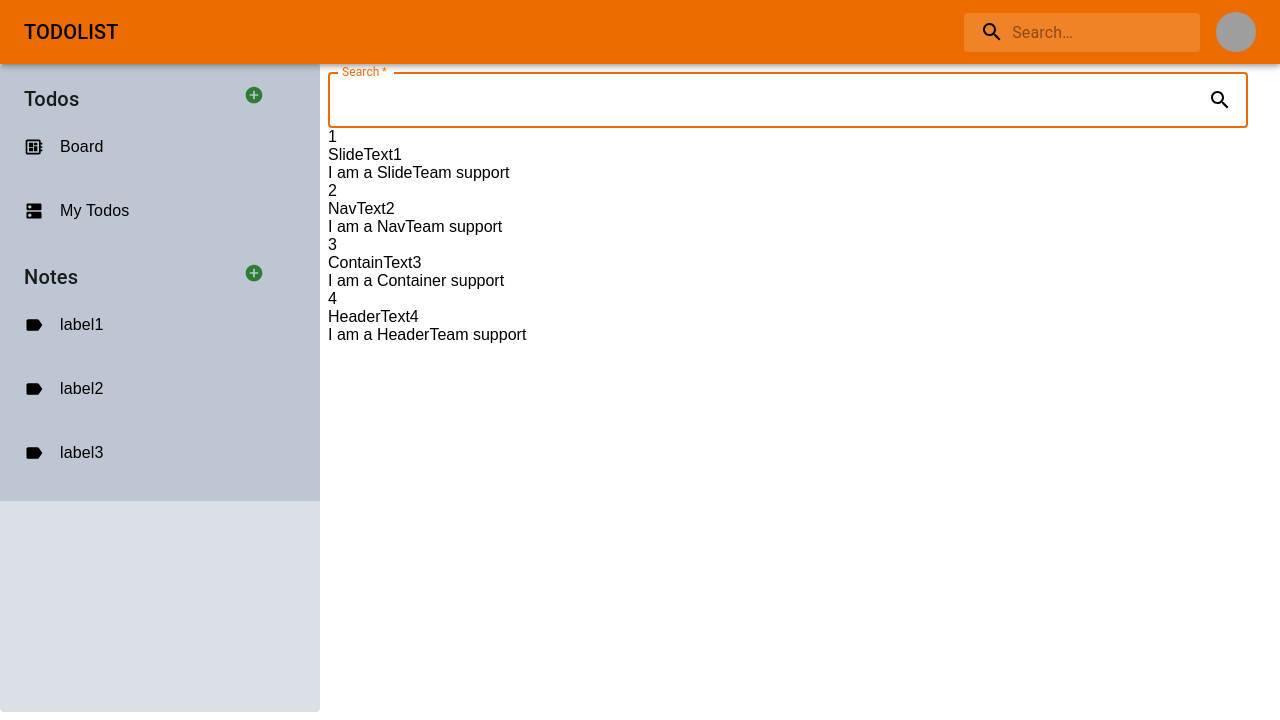
Repository: HrishrathTBS/Trackerbea
Page: / (app in client/)
These files come from the project's save history. The page is drawn as it stood at one moment and after the next save; the edit follows.
The browser window is 1280 px wide. The pictures show the whole page.
Pictures or frames that could not be fetched are drawn as grey boxes. The project was rebuilt for these pictures with package versions that can differ from the ones it lists, and the page was loaded fresh each time. Also part of the build but not shown: client/src/components/TodoList.js, client/src/components/Board.js, client/src/components/ListOfBar.js, client/src/components/MyTodos.js, client/src/pages/Label/Label1.js, client/src/pages/Label/Label2.js, client/src/pages/Label/Label3.js.

Above is the page before, as saved 2022-03-10 17:16:22.

After the next save:
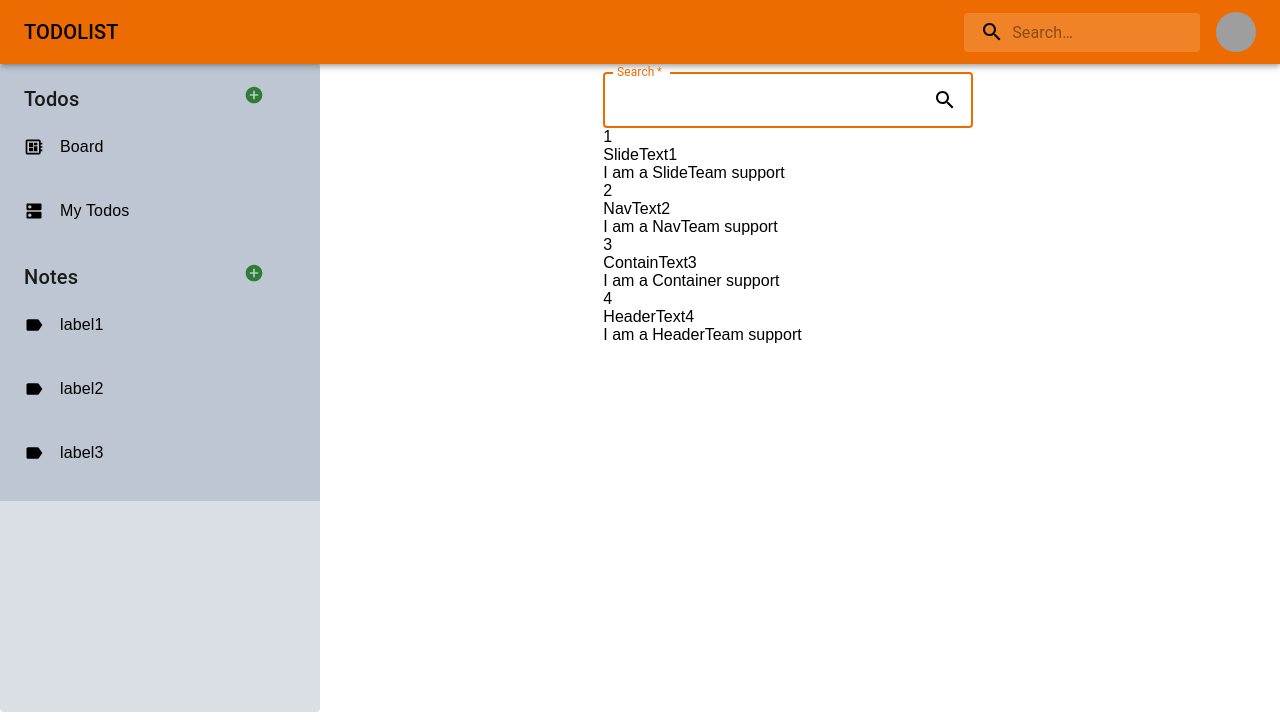
Saved 2 min 40 s later.
--- a/client/src/components/Filter.js
+++ b/client/src/components/Filter.js
@@ -21,7 +21,7 @@ const Filter = () => {
   return (
     <>
       <Grid container justifyContent='center' m={1}>
-        <Grid item xs={12}>
+        <Grid item xs={5}>
           <Box sx={{ display: 'flex', alignItems: 'center' }}>
             <TextField autoComplete='text' value={search} color='warning' variant='outlined' fullWidth id='search' label='Search' onChange={handleChange} autoFocus required />
             <SearchIcon sx={{ position: 'relative', right: '40px' }} />
